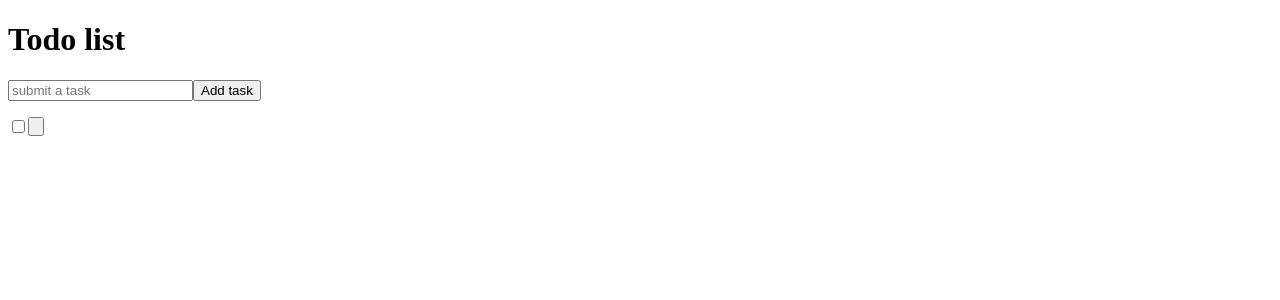
Repository: Ylan-sayada/todo-list
Page: /, after clicking the first element matching `button`
An editor plug-in stored every save of this project. The page is shown before and after the next save, followed by the edit.
The browser window is 1280 px wide. The pictures show the whole page.
The project was rebuilt for these pictures with package versions that can differ from the ones it lists, and the page was loaded fresh each time.

Above is the page before, as saved 2021-05-28 15:14:24.

### src/index.js
import React from 'react';
import ReactDOM from 'react-dom';
import App from './App.jsx';
ReactDOM.render(
  <React.StrictMode>
    <App />
  </React.StrictMode>,
  document.getElementById('root')
);

### src/App.jsx
import React from 'react';
import TodoContainer from './components/TodoContainer';

function App() {
  return (
    <div className="App">
      <header className="App-header">
       <h1>Todo list</h1>
       <TodoContainer/>
      </header>
    </div>
  );
}

export default App;

### src/components/TodoContainer.jsx
import React,{useReducer} from 'react'
import TodoInput from './TodoInput';
import TodoContent from './TodoContent';

function reducer(state, action) {
    switch (action.type) {
      case 'add':
        return [...state,{
            id:state.length,
            taskName: action.payload,
            isAccomplished: false
        }];
      case 'delete':
         return state.filter(task => action.id !== task.id);
      default:
        throw new Error();
    }
  }

  let initReducer = [];

export default function TodoContainer() {
    let [tasks,dispatchTask] = useReducer(reducer,initReducer);
    let addItem = (task) =>{
         dispatchTask({type:'add',payload:task})
    }
    let deleteItem = (task) =>{
        dispatchTask({type:'del',payload:task})
   }
    console.log(tasks);
    return (
        <div>
       <TodoInput onClickHandler={addItem}/>
       <TodoContent del={deleteItem} taskList={tasks}/>
        </div>
    )
}

### src/components/TodoInput.jsx
import React,{useRef} from 'react'

export default function TodoInput(props) {
    let input  = useRef(null);
    let onClickHandler = () =>{
        props.onClickHandler(input.current.value);
    }
    return (
        <div>
            <input ref={input} type="text" placeholder="submit a task" />
            <button onClick={onClickHandler}>Add task</button>
        </div>
    )
}

### src/components/TodoContent.jsx
import React from 'react'

export default function TodoContent(props) {
    let deleteItem = (id) =>{
        console.log(id);
    }
    let taskList = props.taskList.map((task,id)=>{
        return (
        <div key={id} style={{display:"flex",justifyContent:"space-between"}}>
            <p style={{display:"flex",justifyContent:"space-between"}}>{task.taskName}<input type="checkbox"/><button onClick={()=>deleteItem(task.id)}></button></p>
        </div>
        )
    })
    return (
        <div>
        {taskList}
        </div>
    )
}

Loaded but not shown: public/index.html (common file)

After the next save:
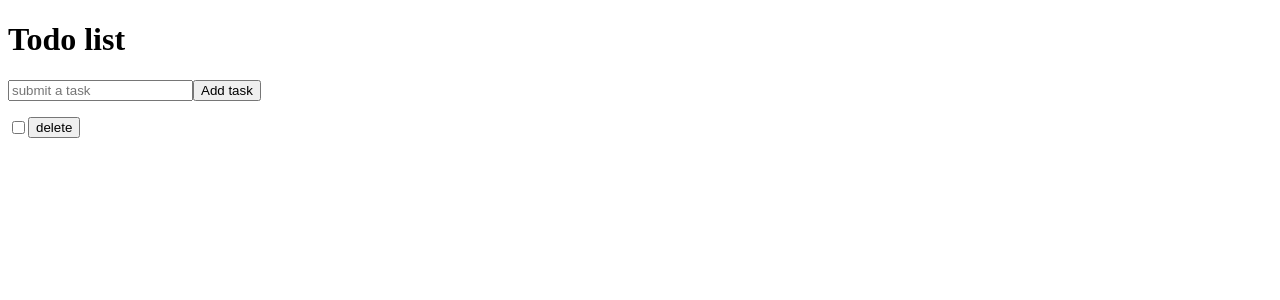
Saved 35 s later.
--- a/src/components/TodoContent.jsx
+++ b/src/components/TodoContent.jsx
@@ -7,7 +7,7 @@ export default function TodoContent(props) {
     let taskList = props.taskList.map((task,id)=>{
         return (
         <div key={id} style={{display:"flex",justifyContent:"space-between"}}>
-            <p style={{display:"flex",justifyContent:"space-between"}}>{task.taskName}<input type="checkbox"/><button onClick={()=>deleteItem(task.id)}></button></p>
+            <p style={{display:"flex",justifyContent:"space-between"}}>{task.taskName}<input type="checkbox"/><button onClick={()=>deleteItem(task.id)}>delete</button></p>
         </div>
         )
     })
